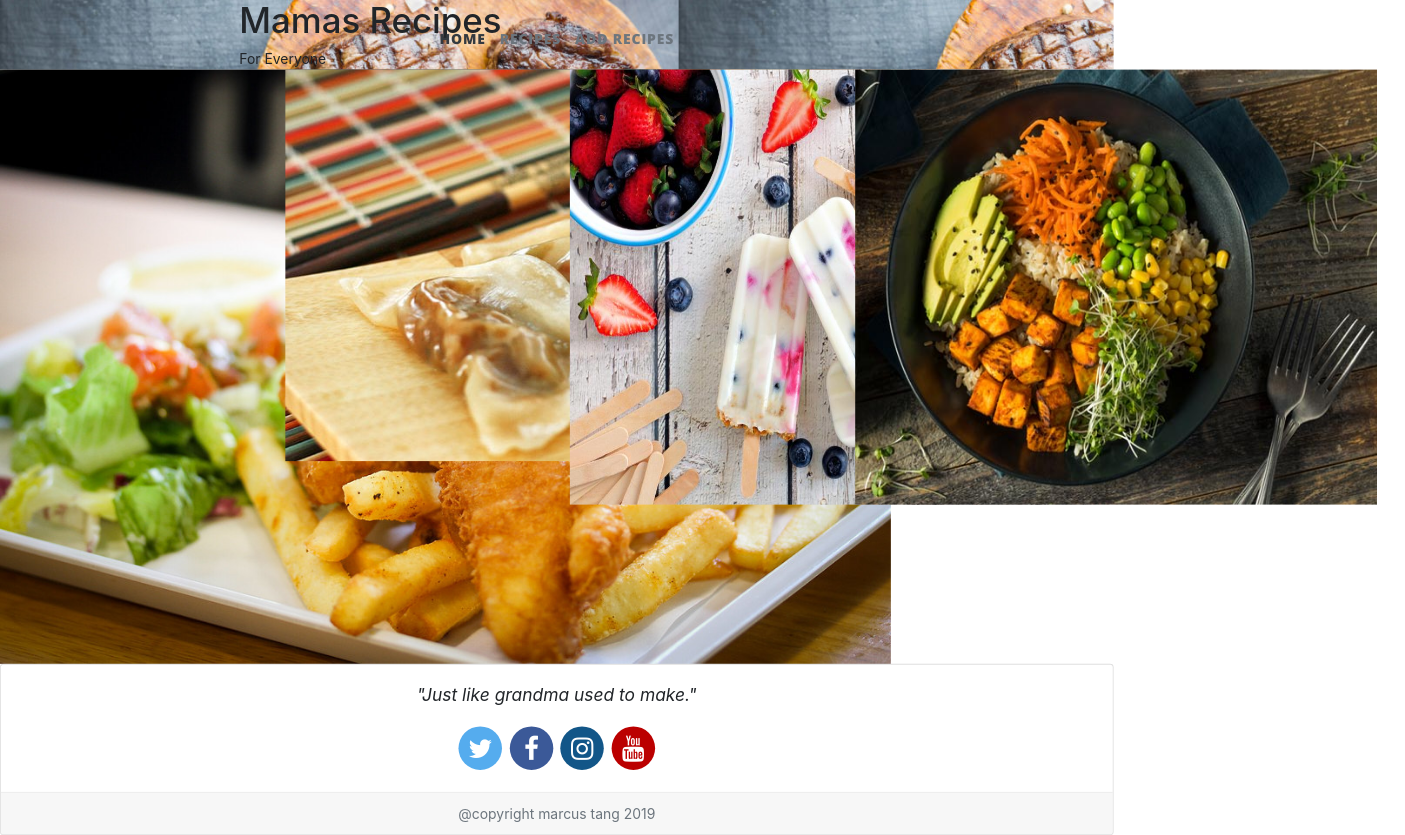
Repository: marstangg/mamasrecipes
Page: templates/index.html
The author's editor kept a record of every edit. The page is drawn from the files as they stood at one moment, then again after the next edit.
The browser window is 1280 px wide. The page is 1583 px wide, then 1615 px, so the pictures cover 1615 px, including what lies to the right of the window. The pictures show the whole page, at 87% of full size.
Some web libraries are served in a nearby version. The template is drawn by Flask 3. The application's start-up code is not run. Other server files are loaded and not shown. The template is opened directly, without the code that normally fills it, so the values that code supplies are empty.

Above is the page before.

### templates/index.html
{% extends 'base.html' %}

{% block content %}
  <!--Page Header -->
  <header class="masthead" style="background-image: url('static/img/mamasrecipe.jpg')">
    <div class="overlay"></div>
    <div class="container">
      <div class="row">
        <div class="col-lg-8 col-md-10 mx-auto">
          <div class="site-heading">
            <h1>Mamas Recipes</h1>
            <span class="subheading">For Everyone</span>
          </div>
        </div>
      </div>
    </div>
  </header>
  <!--Listing-->
  <div class="row">
    <div class="col-3">
      <img src="static/img/western.jpg" alt="western">
    </div>
    <div class="col-3">
      <img src="static/img/gyoza.jpg" alt="asian">
    </div>
    <div class="col-3">
      <img src="static/img/dessert.jpg" alt="dessert"width="600" height="500">
    </div>
    <div class="col-3">
      <img src="static/img/vege.jpg" alt="veg"width="600" height="500">
    </div>
  </div>
{% endblock %}

### templates/base.html
<!doctype html>
<html lang="en">

<head>
  <!-- Required meta tags -->
  <meta charset="utf-8">
  <meta name="viewport" content="width=device-width, initial-scale=1, shrink-to-fit=no">

  <!-- Custom fonts for this template -->
  <link rel="stylesheet" href="https://cdnjs.cloudflare.com/ajax/libs/font-awesome/4.7.0/css/font-awesome.min.css">
  <link href='https://fonts.googleapis.com/css?family=Lora:400,700,400italic,700italic' rel='stylesheet' type='text/css'>
  <link href='https://fonts.googleapis.com/css?family=Open+Sans:300italic,400italic,600italic,700italic,800italic,400,300,600,700,800' rel='stylesheet' type='text/css'>

  <!-- Bootstrap CSS -->
  <link rel="stylesheet" href="https://maxcdn.bootstrapcdn.com/bootstrap/4.0.0/css/bootstrap.min.css" integrity="sha384-Gn5384xqQ1aoWXA+058RXPxPg6fy4IWvTNh0E263XmFcJlSAwiGgFAW/dAiS6JXm" crossorigin="anonymous">

  <!-- Custom styles for this template -->
  <link href="/static/css/style.css" rel="stylesheet">

  <title>Mama's Recipe | A portal for everyone to share their mama's recipes</title>
</head>

<body>
  <!-- Navigation -->
  <nav class="navbar navbar-expand-lg navbar-light fixed-top {% block navbg %} bg-transparent {% endblock %}" id="mainNav">
    <div class="container">

      <button class="navbar-toggler navbar-toggler-right text-white" type="button" data-toggle="collapse" data-target="#navbarResponsive" aria-controls="navbarResponsive" aria-expanded="false" aria-label="Toggle navigation">
        Menu
      </button> {% block navbrand %} {% endblock %}
      <div class="collapse navbar-collapse" id="navbarResponsive">
        <ul class="navbar-nav mx-auto mt-4">
          <a class="nav-item mx-2 {% block navhome %} text-dark {% endblock %}" href="{{url_for('index')}}"> Home </a>
          <a class="nav-item mx-2 {% block navrecipes %} text-secondary {% endblock %}" href="{{url_for('recipes')}}"> Recipes</a>
          <a class="nav-item mx-2 {% block navadd %} text-secondary {% endblock %}" href="{{url_for('recipe_add')}}"> Add Recipes</a>
        </ul>
      </div>
    </div>
  </nav>

  {% block content %} {% endblock %}

  <footer>
    <div class="card text-center">
      <div class="card-body">
        <!--<h5 class="card-title">""</h5>-->
        <blockquote class="blockquote">
          <p class="mb-0 font-italic">"Just like grandma used to make."</p>
        </blockquote>

        <div>
          <a href="#" class="fa fa-twitter"></a>
          <a href="#" class="fa fa-facebook"></a>
          <a href="#" class="fa fa-instagram"></a>
          <a href="#" class="fa fa-youtube"></a>
    </div>

      </div>
      <div class="card-footer text-muted">
        @copyright marcus tang 2019
      </div>
    </div>
  </footer>
  <!-- Optional JavaScript -->
  <!-- jQuery first, then Popper.js, then Bootstrap JS -->
  <script src="https://code.jquery.com/jquery-3.2.1.slim.min.js" integrity="sha384-KJ3o2DKtIkvYIK3UENzmM7KCkRr/rE9/Qpg6aAZGJwFDMVNA/GpGFF93hXpG5KkN" crossorigin="anonymous"></script>
  <script src="https://cdnjs.cloudflare.com/ajax/libs/popper.js/1.12.9/umd/popper.min.js" integrity="sha384-ApNbgh9B+Y1QKtv3Rn7W3mgPxhU9K/ScQsAP7hUibX39j7fakFPskvXusvfa0b4Q" crossorigin="anonymous"></script>
  <script src="https://maxcdn.bootstrapcdn.com/bootstrap/4.0.0/js/bootstrap.min.js" integrity="sha384-JZR6Spejh4U02d8jOt6vLEHfe/JQGiRRSQQxSfFWpi1MquVdAyjUar5+76PVCmYl" crossorigin="anonymous"></script>
</body>

</html>

Loaded but not shown: static/css/style.css (common file)

After the next edit:
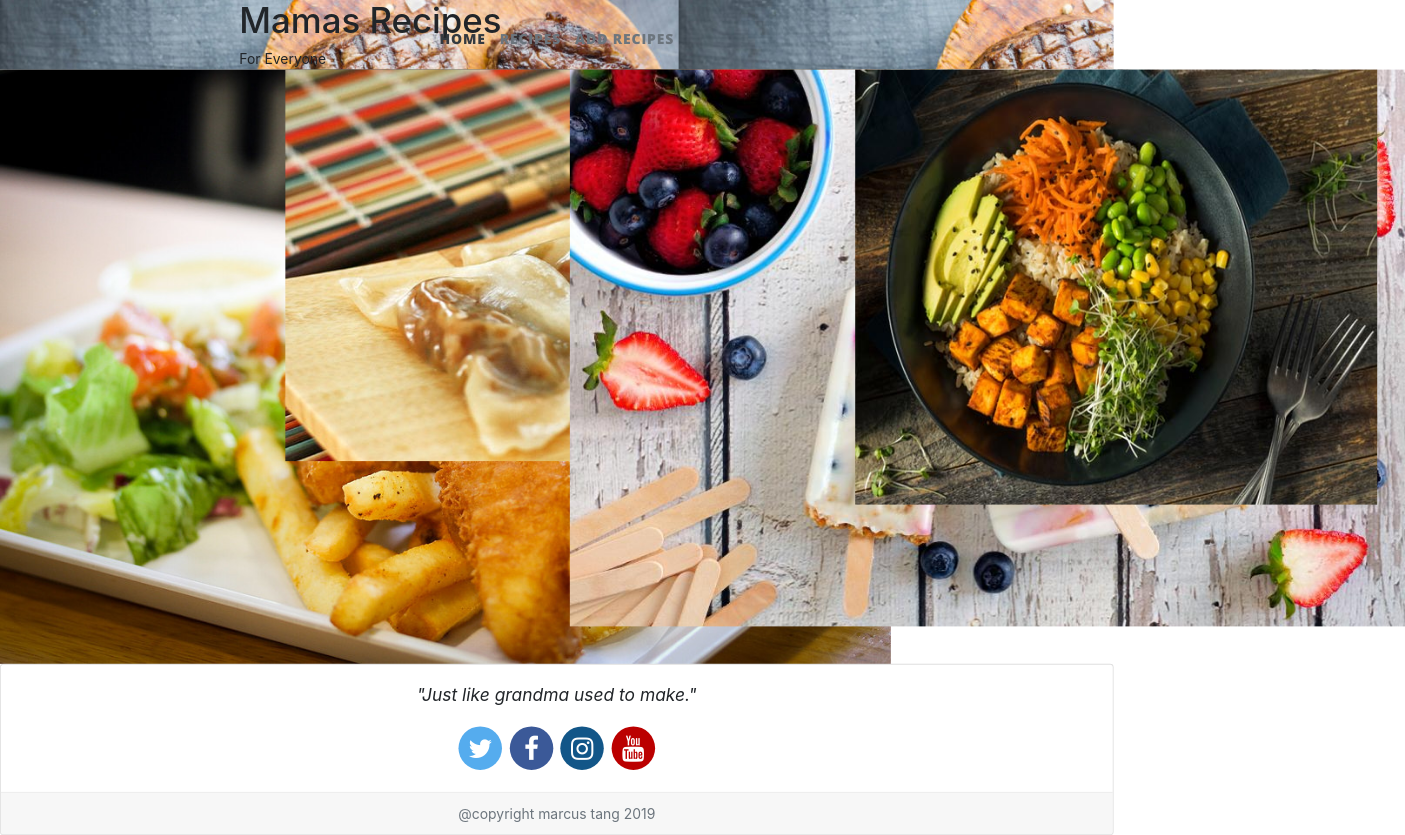
The edit:
--- a/templates/index.html
+++ b/templates/index.html
@@ -24,7 +24,7 @@
       <img src="static/img/gyoza.jpg" alt="asian">
     </div>
     <div class="col-3">
-      <img src="static/img/dessert.jpg" alt="dessert"width="600" height="500">
+      <img src="static/img/dessert.jpg" alt="dessert">
     </div>
     <div class="col-3">
       <img src="static/img/vege.jpg" alt="veg"width="600" height="500">
